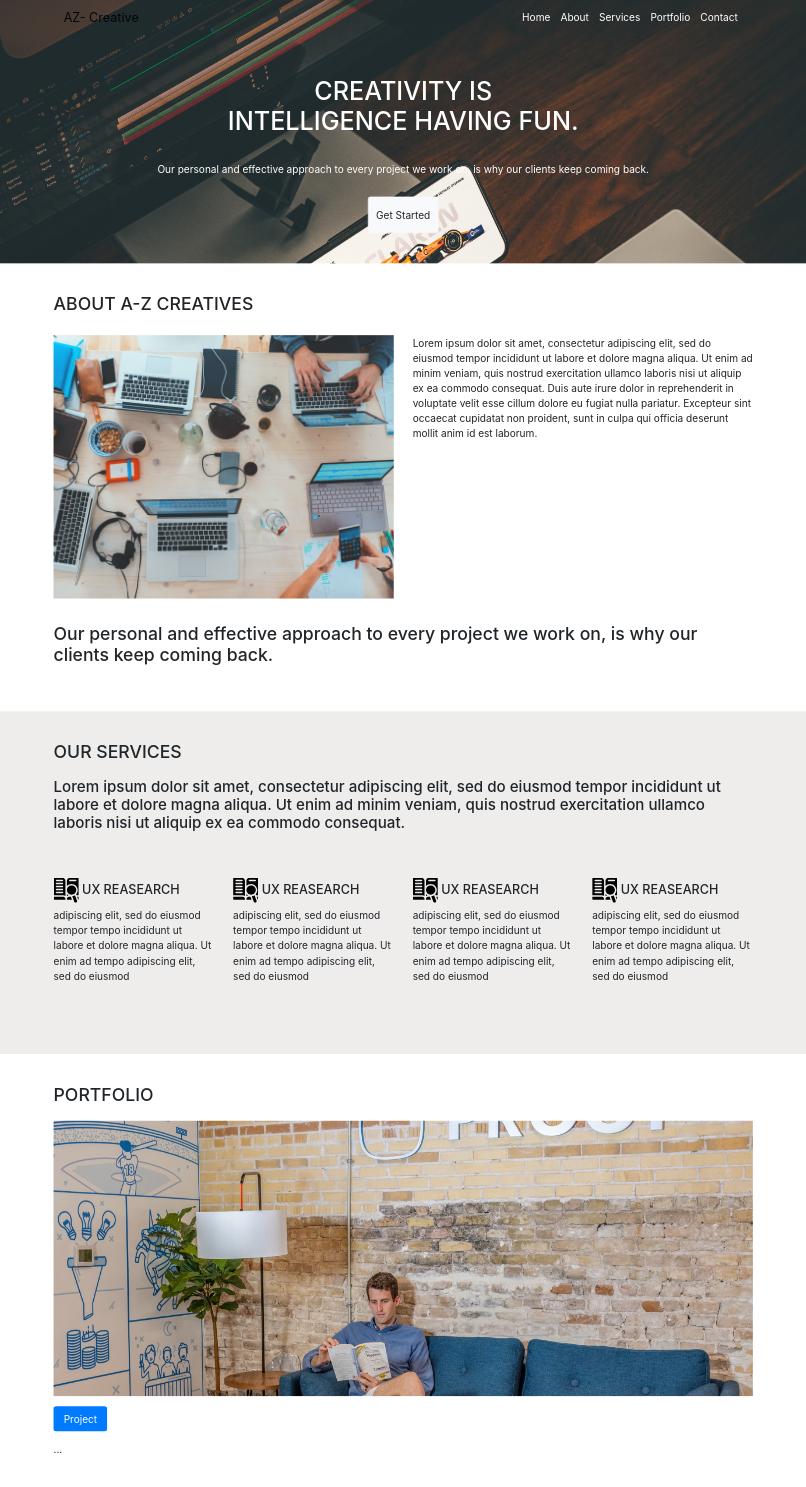
Repository: Syfon01/hng-port
Page: index.html
These files come from the project's save history. The page is drawn as it stood at one moment and after the next save; the edit follows.
The browser window is 1280 px wide. The pictures show the whole page, at 63% of full size.

Above is the page before, as saved 2020-06-27 21:00:32.

After the next save:
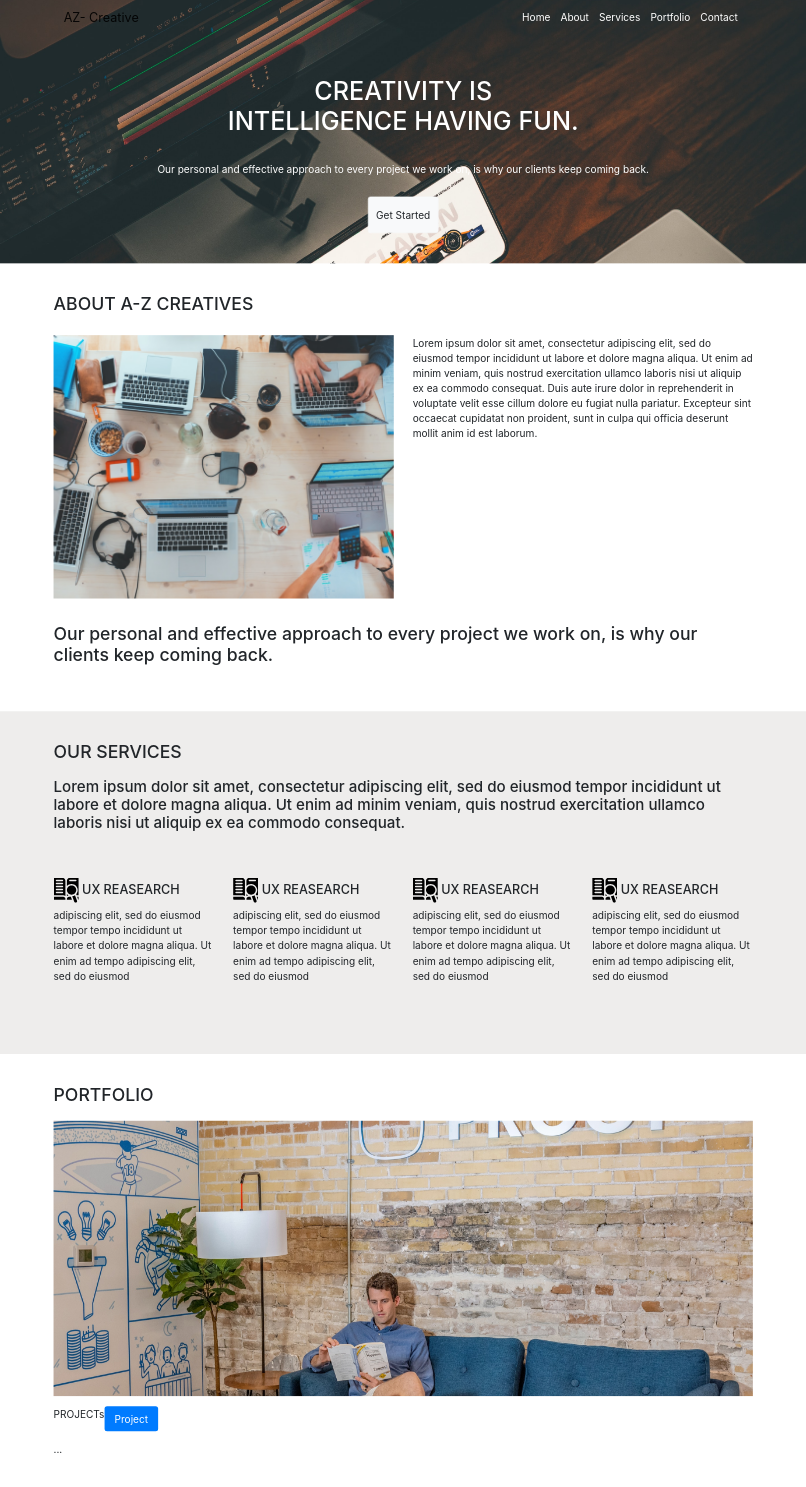
Saved 15 s later.
--- a/index.html
+++ b/index.html
@@ -132,8 +132,8 @@
           <div class="pill">
             <ul class="nav nav-pills mb-3" id="pills-tab" role="tablist">
               <li class="nav-item">
-
-              </li>
+                PROJECTs
+              </Si>
               <li class="nav-item" role="presentation">
                 <a class="nav-link active" id="pills-home-tab" data-toggle="pill" href="#pills-home" role="tab"
                   aria-controls="pills-home" aria-selected="true">Project</a>
